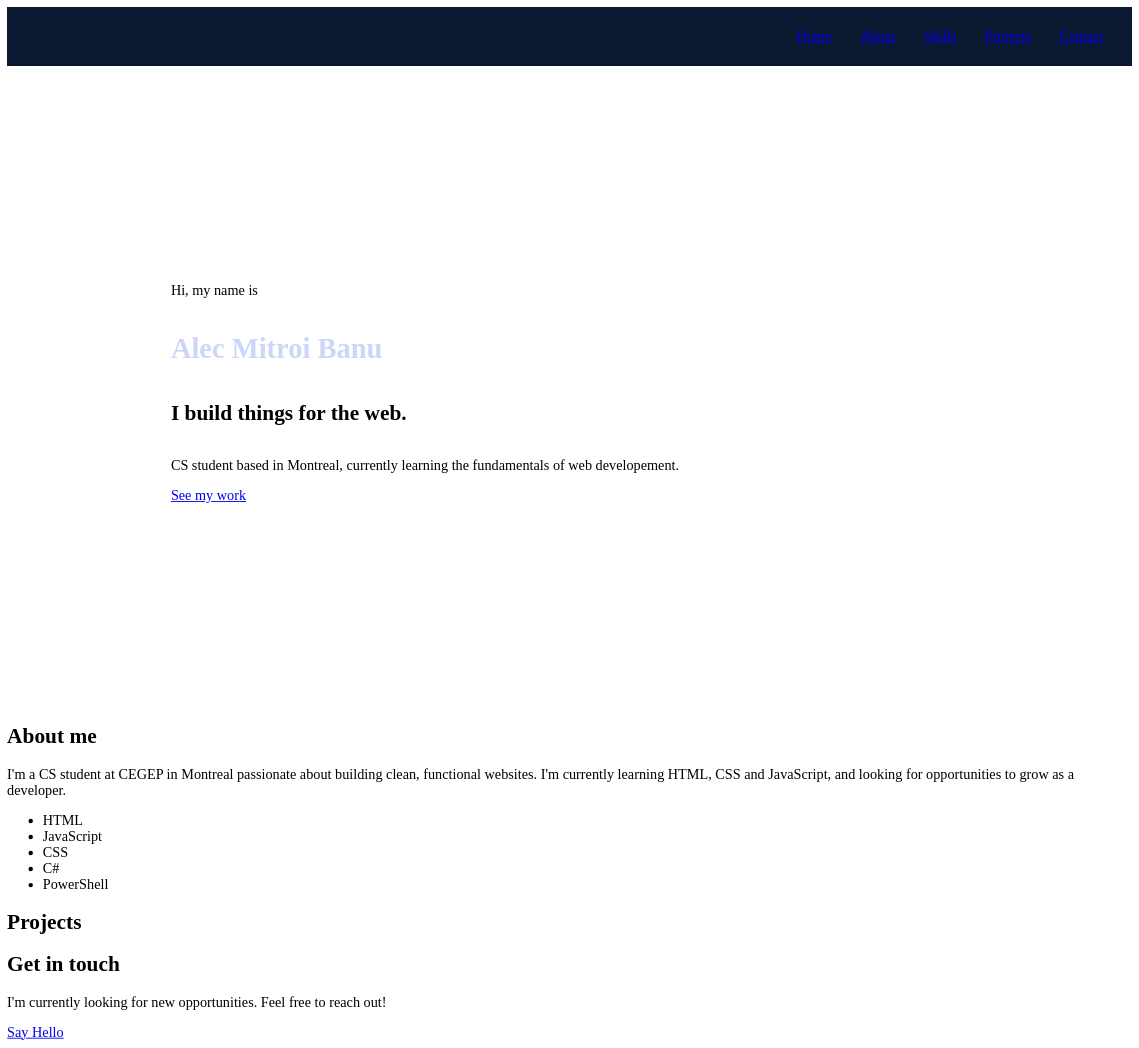
Repository: Alec-Banu/Alec-Banu
Page: index.html
The author's editor kept a copy of each file at every save. The page is drawn from the files as they stood at one save, then again after the next save.
The browser window is 1280 px wide. The pictures show the whole page, at 89% of full size.

Above is the page before, as saved 2026-04-22 13:28:05.

### index.html
<!doctype html>
<html lang="en">
  <head>
    <meta charset="UTF-8" />
    <meta name="viewport" content="width=device-width, initial-scale=1.0" />
    <title>Alec Mitroi Banu</title>
    <link rel="stylesheet" href="./styles/globals.css" />
    <link rel="stylesheet" href="./styles/index.css" />
  </head>
  <body>
    <!-- Nav  -->
    <nav>
      <a href="#hero">Home</a>
      <a href="#about">About</a>
      <a href="#skills">Skills</a>
      <a href="#projects">Projects</a>
      <a href="#contact">Contact</a>
    </nav>

    <!-- Hero  -->
    <hero id="hero">
      <p>Hi, my name is</p>
      <h1>Alec Mitroi Banu</h1>
      <h2>I build things for the web.</h2>
      <p>
        CS student based in Montreal, currently learning the fundamentals of web
        developement.
      </p>
      <a href="#projects">See my work</a>
    </hero>

    <!-- About  -->
    <about id="about">
      <h2>About me</h2>
      <p>
        I'm a CS student at CEGEP in Montreal passionate about building clean,
        functional websites. I'm currently learning HTML, CSS and JavaScript,
        and looking for opportunities to grow as a developer.
      </p>
    </about>

    <!-- Skills  -->
    <skills id="skills">
      <ul>
        <li>HTML</li>
        <li>JavaScript</li>
        <li>CSS</li>
        <li>C#</li>
        <li>PowerShell</li>
      </ul>
    </skills>

    <!-- Projects -->
    <projects id="projects">
      <h2>Projects</h2>
    </projects>

    <!-- Contact -->
    <contact id="contact">
      <h2>Get in touch</h2>
      <p>
        I'm currently looking for new opportunities. Feel free to reach out!
      </p>
      <a href="mailto:alecbanu@yahoo.com">Say Hello</a>
    </contact>
  </body>
</html>

### styles/index.css
nav {
  display: flex;
  gap: 2rem;
  padding: 1.5rem 2rem;
  justify-content: flex-end;
  position: sticky;
  top: 0;
  background-color: #0a192f;
}

#hero {
    min-height: 100vh;
    display: flex;
    flex-direction: column;
    justify-content: center;
    padding: 0 2rem;
    max-width: 56rem;
    margin: 0 auto;
}

#hero h1 {
    font-size: 2rem;
    color: #ccd6f6;
}

@media (min-width: 48rem) {


}

Loaded but not shown: styles/globals.css (no stored copy; drawn as an empty file)

After the next save:
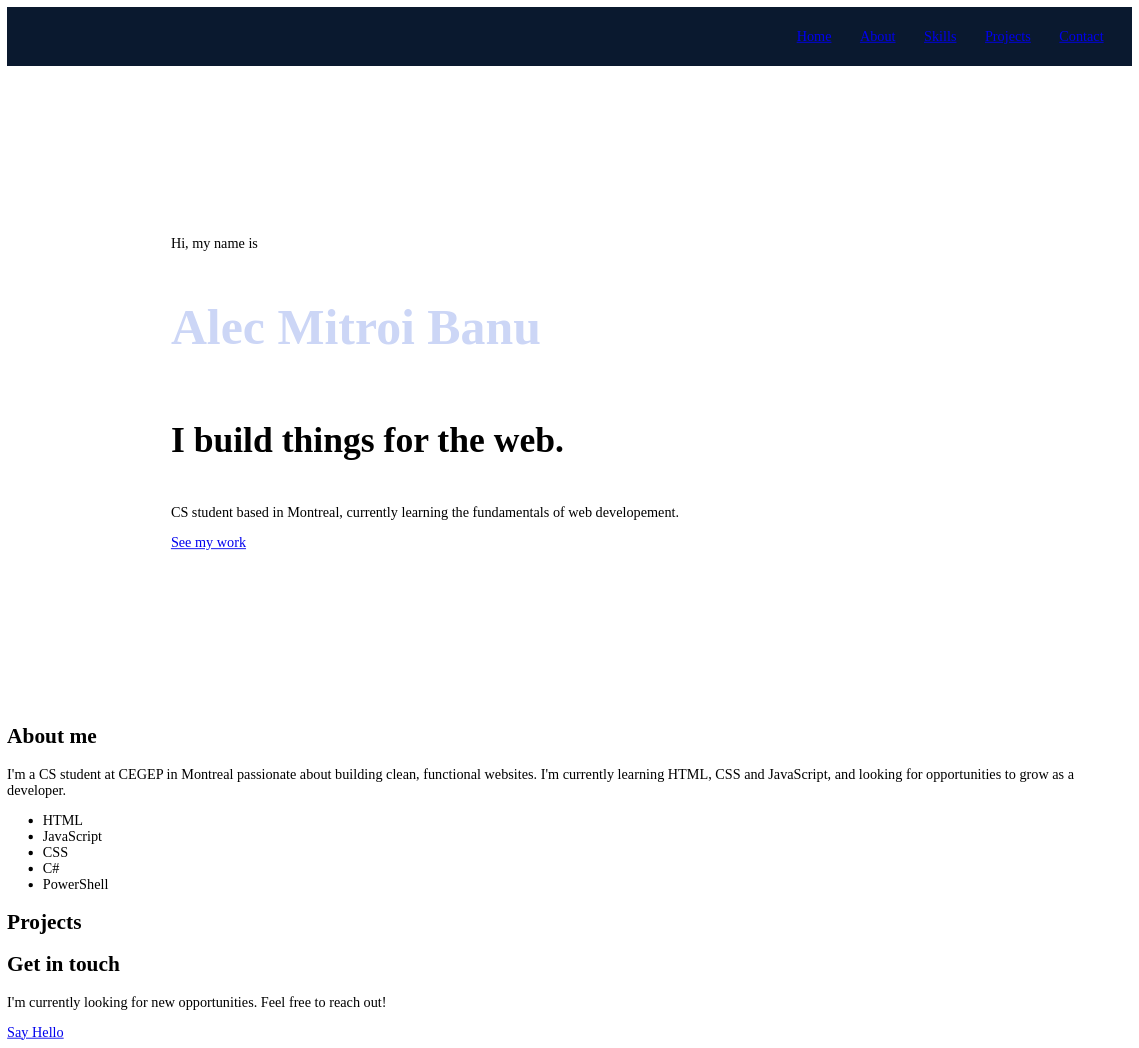
Saved 80 s later.
--- a/styles/index.css
+++ b/styles/index.css
@@ -9,21 +9,25 @@ nav {
 }
 
 #hero {
-    min-height: 100vh;
-    display: flex;
-    flex-direction: column;
-    justify-content: center;
-    padding: 0 2rem;
-    max-width: 56rem;
-    margin: 0 auto;
+  min-height: 100vh;
+  display: flex;
+  flex-direction: column;
+  justify-content: center;
+  padding: 0 2rem;
+  max-width: 56rem;
+  margin: 0 auto;
 }
 
 #hero h1 {
-    font-size: 2rem;
-    color: #ccd6f6;
+  font-size: 2rem;
+  color: #ccd6f6;
 }
 
-@media (min-width: 48rem) {
-
-
+@media (min-width: 768px) {
+  #hero h1 {
+    font-size: 3.5rem;
+  }
+  #hero h2 {
+    font-size: 2.5rem;
+  }
 }
